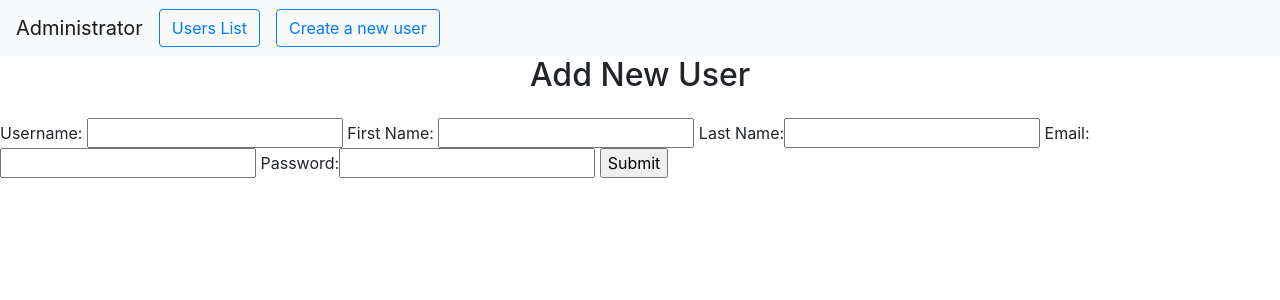
Repository: Dimitris-Kaler/Keycloak-Admin-Web-Interface
Page: http://localhost/rest-api/src/webapp/createUser.jsp
The author's editor kept a copy of each file at every save. The page is drawn from the files as they stood at one save, then again after the next save.
The browser window is 1280 px wide. The pictures show the whole page.
The page is served by Tomcat 9. Other server files are loaded and not shown.

Above is the page before, as saved 2023-12-22 18:35:42.

### rest-api/src/webapp/createUser.jsp
<%@ page language="java" contentType="text/html; charset=ISO-8859-1"
    pageEncoding="ISO-8859-1"%>
<!DOCTYPE html>
<html>
<head>
<meta charset="ISO-8859-1">
<title>Insert title here</title>
<link rel="stylesheet" href="https://maxcdn.bootstrapcdn.com/bootstrap/4.0.0/css/bootstrap.min.css" integrity="sha384-Gn5384xqQ1aoWXA+058RXPxPg6fy4IWvTNh0E263XmFcJlSAwiGgFAW/dAiS6JXm" crossorigin="anonymous">
</head>
<body>
	   <nav class="navbar navbar-expand-lg navbar-light bg-light">
        <a class="navbar-brand" href="#">Administrator</a>
        <button class="navbar-toggler" type="button" data-toggle="collapse" data-target="#navbarNav"
            aria-controls="navbarNav" aria-expanded="false" aria-label="Toggle navigation">
            <span class="navbar-toggler-icon"></span>
        </button>
        <div class="collapse navbar-collapse" id="navbarNav">
            <ul class="navbar-nav">
                <li class="nav-item active">
                    <form class="form-inline my-2 my-lg-0" action="userRepository" method="GET">
                        <button class="btn btn-outline-primary my-2 my-sm-0" type="submit">Users List</button>
                    </form>
                </li>
                <li class="nav-item">
                    <form class="form-inline my-2 my-lg-0 mx-3" action="createUser" method="GET">
                        <button class="btn btn-outline-primary my-2 my-sm-0" type="submit">Create a new user</button>
                    </form>
                </li>
            </ul>
        </div>
    </nav>
<h2 class="text-center mb-4">Add New User</h2>
<form action="addUser"method="POST" >
Username: <input type="text" name="Username">
First Name: <input type="text" name="firstName">
Last Name:<input type="text"name="lastName">
Email: <input type="email"name="email">
Password:<input type="password" name="password">
<input type="submit"name="submit">


</form>

</body>
</html>

After the next save:
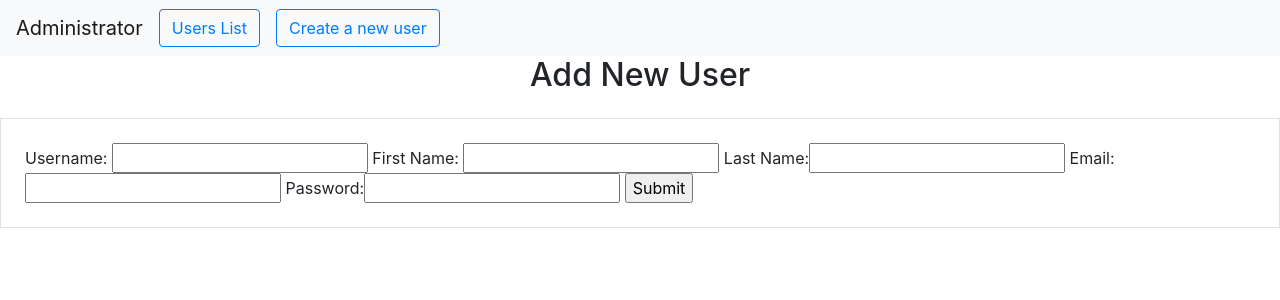
Saved 36 s later.
--- a/rest-api/src/webapp/createUser.jsp
+++ b/rest-api/src/webapp/createUser.jsp
@@ -30,7 +30,7 @@
         </div>
     </nav>
 <h2 class="text-center mb-4">Add New User</h2>
-<form action="addUser"method="POST" >
+<form class="border p-4 form"action="addUser"method="POST" >
 Username: <input type="text" name="Username">
 First Name: <input type="text" name="firstName">
 Last Name:<input type="text"name="lastName">
